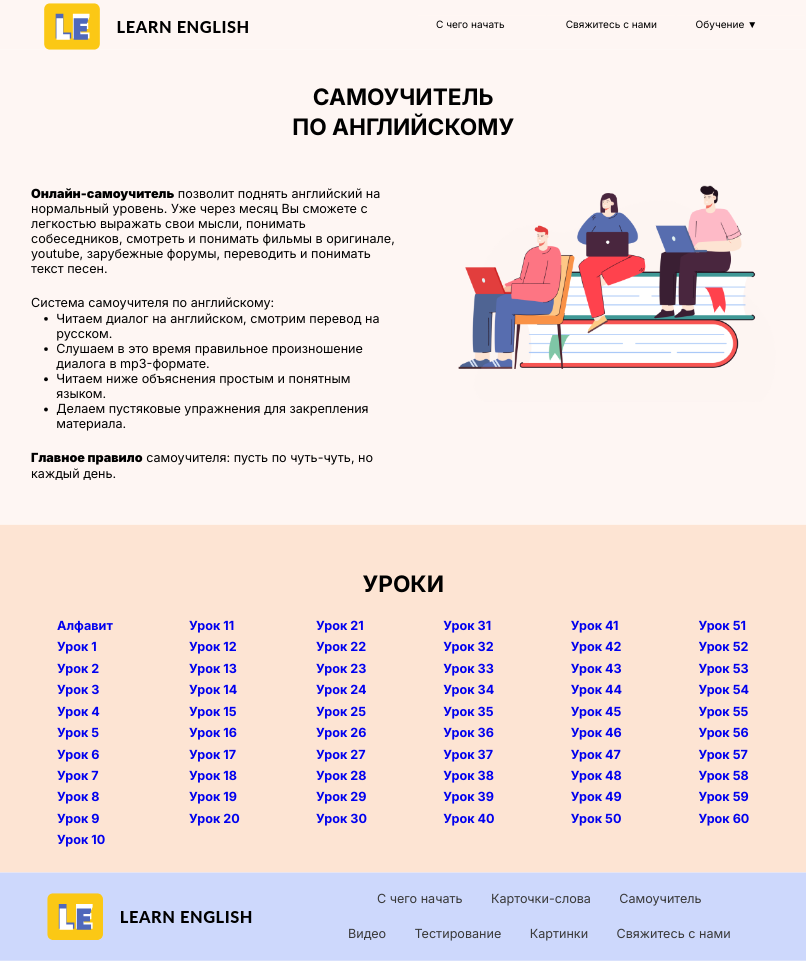
Repository: WladimirVA/Diplom
Page: scool/lesson.html
These files come from the project's save history. The page is drawn as it stood at one moment and after the next save; the edit follows.
The browser window is 1280 px wide. The pictures show the whole page, at 63% of full size.

Above is the page before, as saved 2023-07-19 17:06:59.

### scool/lesson.html
<!DOCTYPE html>
<html lang="en">
<head>
    <meta charset="UTF-8">
    <meta name="viewport" content="width=device-width, initial-scale=1.0">
    <link href="./css/index.css" rel="stylesheet" type="text/css">
    <link href="./css/fonts.css" rel="stylesheet" type="text/css">
    <link rel="stylesheet" href="./css/lesson.css" type="text/css">
    <link rel="icon" sizes="16x16" href="./img/Vector.svg" type="image/x-icon">
    <title>Learn english</title>
</head>
<body>
    <header class="header" di="HOME">
        <div class="section">
            <div class="section-header">
                <div class="logo">
                    <img src="./img/Vector.svg">
                    <p>Learn english</p>
                </div>
                <div>

                    <ul class="ddropdownn">
                        <li class="ddropdownn-top">
                        <a class="ddropdownn-top" href="#">С чего начать</a>
                        </li>
                        <li class="ddropdownn-top">
                            <a class="ddropdownn-top" href="mailto:dyadichenko_va@mail.ru">Свяжитесь с нами</a>
                        </li>
                        <li class="ddropdownn-top">
                        <a class="ddropdownn-top" href="#">Обучение &#9660;</a>
                            <ul class="ddropdownn-inside">
                                <li><a href="/">Карточки-слова</a></li>
                                <li><a href="/">Самоучитель</a></li>
                                <li><a href="/">Видео</a></li>
                                <li><a href="/">Тестирование</a></li>
                                <li><a href="/">Картинки</a></li>
                            </ul>
                        </li>

                    </ul>
                </div>
            </div>
        </div>
    </header>
    <main>
        <section class="TUTORIAL">
            <div class="section">
                <h1 class="tutorial-h1">Самоучитель <br>по английскому</h1>
                <div class="content-tutorial">
                    <div class="tutorial-inf">
                        <p><span  style="font-weight:900"> Онлайн-самоучитель</span> позволит поднять английский на нормальный уровень. Уже через месяц Вы сможете с легкостью выражать свои мысли, понимать собеседников, смотреть и понимать фильмы в оригинале, youtube, зарубежные форумы, переводить и понимать текст песен.</p>
                            <ul><p>Система самоучителя по английскому:</p>
                                <li>Читаем диалог на английском, смотрим перевод на русском.</li>
                                <li>Слушаем в это время правильное произношение диалога в mp3-формате.</li>
                                <li>Читаем ниже объяснения простым и понятным языком.</li>
                                <li>Делаем пустяковые упражнения для закрепления материала.</li>
                            </ul>
                            <p><span  style="font-weight:900"> Главное правило</span> самоучителя: пусть по чуть-чуть, но каждый день.
                        </p>
                    </div>
                    <div class="tutorial-img">
                        <img src="./img/Group 78 1 (1).png" alt="foto">
                    </div>
                </div>
            </div>
        </section>
        <section class="LESSON">
            <div class="section">
                <div class="lesson">
                    <p>уроки</p>
                </div>
                <div class="all-lesson">
                    <ul>
                        <li><a href="#">Алфавит</a></li>
                        <li><a href="#">Урок 1</a></li>
                        <li><a href="#">Урок 2</a></li>
                        <li><a href="#">Урок 3</a></li>
                        <li><a href="#">Урок 4</a></li>
                        <li><a href="#">Урок 5</a></li>
                        <li><a href="#">Урок 6</a></li>
                        <li><a href="#">Урок 7</a></li>
                        <li><a href="#">Урок 8</a></li>
                        <li><a href="#">Урок 9</a></li>
                        <li><a href="#">Урок 10</a></li>
                    </ul>
                    <ul>
                        <li><a href="#">Урок 11</a></li>
                        <li><a href="#">Урок 12</a></li>
                        <li><a href="#">Урок 13</a></li>
                        <li><a href="#">Урок 14</a></li>
                        <li><a href="#">Урок 15</a></li>
                        <li><a href="#">Урок 16</a></li>
                        <li><a href="#">Урок 17</a></li>
                        <li><a href="#">Урок 18</a></li>
                        <li><a href="#">Урок 19</a></li>
                        <li><a href="#">Урок 20</a></li>
                    </ul>
                    <ul>
                        <li><a href="#">Урок 21</a></li>
                        <li><a href="#">Урок 22</a></li>
                        <li><a href="#">Урок 23</a></li>
                        <li><a href="#">Урок 24</a></li>
                        <li><a href="#">Урок 25</a></li>
                        <li><a href="#">Урок 26</a></li>
                        <li><a href="#">Урок 27</a></li>
                        <li><a href="#">Урок 28</a></li>
                        <li><a href="#">Урок 29</a></li>
                        <li><a href="#">Урок 30</a></li>
                    </ul>
                    <ul>
                        <li><a href="#">Урок 31</a></li>
                        <li><a href="#">Урок 32</a></li>
                        <li><a href="#">Урок 33</a></li>
                        <li><a href="#">Урок 34</a></li>
                        <li><a href="#">Урок 35</a></li>
                        <li><a href="#">Урок 36</a></li>
                        <li><a href="#">Урок 37</a></li>
                        <li><a href="#">Урок 38</a></li>
                        <li><a href="#">Урок 39</a></li>
                        <li><a href="#">Урок 40</a></li>
                    </ul>
                    <ul>
                        <li><a href="#">Урок 41</a></li>
                        <li><a href="#">Урок 42</a></li>
                        <li><a href="#">Урок 43</a></li>
                        <li><a href="#">Урок 44</a></li>
                        <li><a href="#">Урок 45</a></li>
                        <li><a href="#">Урок 46</a></li>
                        <li><a href="#">Урок 47</a></li>
                        <li><a href="#">Урок 48</a></li>
                        <li><a href="#">Урок 49</a></li>
                        <li><a href="#">Урок 50</a></li>
                    </ul>
                    <ul>
                        <li><a href="#">Урок 51</a></li>
                        <li><a href="#">Урок 52</a></li>
                        <li><a href="#">Урок 53</a></li>
                        <li><a href="#">Урок 54</a></li>
                        <li><a href="#">Урок 55</a></li>
                        <li><a href="#">Урок 56</a></li>
                        <li><a href="#">Урок 57</a></li>
                        <li><a href="#">Урок 58</a></li>
                        <li><a href="#">Урок 59</a></li>
                        <li><a href="#">Урок 60</a></li>
                    </ul>
                </div>
            </div>
        </section>
    </main>
    <footer class="FOOTER">
        <div class="section">
            <div class="section-footer">
                <div class="logo">
                    <img src="./img/Vector.svg">
                    <p>Learn english</p>
                </div>
                <div class="ddropdownn-footer">
                    <div class="ddropdownn-menu">
                        <ul class="ddropdownn1">
                            <li><a href="#">С чего начать</a></li>
                            <!-- <li><a href="#">Обучение</a></li> -->
                            <li><a href="#">Карточки-слова</a></li>
                            <li><a href="#">Самоучитель</a></li>
                        </ul>
                    </div>
                    <div class="ddropdownn-menu">
                        <ul class="ddropdownn2">
                            <li><a href="#">Видео</a></li>
                            <li><a href="#">Тестирование</a></li>
                            <li><a href="#">Картинки</a></li>
                            <li><a class="link" href="mailto:dyadichenko_va@mail.ru">Свяжитесь с нами</a></li>
                        </ul>
                    </div>
                </div>
            </div>
        </div>
    </footer>
</body>
</html>

### scool/css/index.css
body {
    scroll-behavior: smooth;
    align-items: center;
    width: 100%;
    max-width: 1366px;
    margin: auto;
    font-family: 'Inter', 'Work Sans', "NunitoSans-Light", Arial, Helvetica, sans-serif;
}
* {
    margin: 0;
    padding: 0;
}

.logo {
    display: flex;
    align-items: center;
}

.logo p {
    font-family: Lato;
    font-size: 26px;
    font-weight: 800;
    line-height: 48px;
    letter-spacing: 0.035em;
    text-align: left;
    text-transform: uppercase;
    padding-left: 1em;
}

/* Стили выпадающего списка */
ul.ddropdownn li {/* Считаем координаты относительно исходного места. */
    position: relative; }
ul.ddropdownn, ul.ddropdownn-inside {
    /* Отступы на нуле. */
    padding: 0;
    /* Маркеры уберем. */
    list-style-type: none;
    }
ul.ddropdownn-inside {
    /* Спрячем дочерние элементы выпадающего списка. */
    left: -9999px;
    position: absolute;
    }
ul.ddropdownn li.ddropdownn-top {
    /* Небольшой отступ. */
    margin: 20px 1px 0 0;
    /* Выравнивание по левой стороне. */
    float: left;
    display: inline;
    }
ul.ddropdownn li.ddropdownn-top a {
    /* Делаю элементы блочными. */
    display: block;
    /* Снова отступы. */
    padding: 3px 30px 4px;
    text-decoration: none;
    color: black;
    font-family: Inter;
    width: 145px;
    }
ul.ddropdownn a.ddropdownn-top {/* Цвет фона. */ background: #FEF6F3; } */
ul.ddropdownn a.ddropdownn-top:hover {/* Отступы. */ padding: 13px 20px 4px; }
ul.ddropdownn li.ddropdownn-top:hover .ddropdownn-inside {
    left: 0;
    /* Делаю элементы блочными. */
    display: block;
    }
ul.ddropdownn .ddropdownn-inside {/* Цвет фона. */ background: #FEF6F3; }
ul.ddropdownn .ddropdownn-inside a:hover {/* Цвет фона изменится при наведении. */
    background: #FEF6F3; }


@media screen and (max-width: 745px) {
    .header-nav {
        display: block;
        padding-top: 0px;
    }
}


.section-header {
    display: flex;
    justify-content: space-between;
    background-color: #FEF6F3;
    padding: 5px 0px 0 70px;

}

.BEGINNES {
    background: #FEF6F3;
}

.content-beginners {
    display: flex;
    justify-content: space-between;
}

.beginners-inf {
    padding: 50px 0 0 70px;
}

.beginners-inf h1 {
    font-family: Inter;
    font-size: 44px;
    font-weight: 700;
    line-height: 48px;
    letter-spacing: -0.08em;
    text-align: left;
    text-transform: uppercase;
    letter-spacing: 0.035em;
}

.beginners-img img {
    width: 100%;
    height: auto;
}

.beginners-inf p {
    margin-top: 50px;
}

.content-beginners {
    font-family: Inter;
    font-size: 22px;
    font-weight: 700;
    line-height: 24px;
    letter-spacing: 0em;
    text-align: left;

    font-family: Inter;
    font-size: 22px;
    font-weight: 500;
    line-height: 24px;
    letter-spacing: 0em;
    text-align: left;

    font-family: Inter;
    font-size: 20px;
    font-weight: 500;
    line-height: 24px;
    letter-spacing: 0em;
    text-align: left;
}

.home_ul {
    list-style-type: none;
    padding: 20px 0 20px 0;
}

.check {
    margin-left: 15px;
}

.button_home {
    font-family: Inter;
    font-size: 20px;
    font-weight: 700;
    line-height: 24px;
    letter-spacing: 0em;
    text-align: center;
    background:#FBC815;
    border-style: none;
    border-radius: 25px;
    width: 257px;
    height: 56px;
}

.LEARNING {
    background: #FDE4D3;
}

.learning {
    display: flex;
    justify-content: space-evenly;
}

.img-learning img {
    width: 100%;
    height: auto;
}

.content-learning h1 {
    text-align: center;
    text-transform: uppercase;
    font-family: Inter;
    font-size: 36px;
    font-weight: 700;
    line-height: 48px;
    letter-spacing: 0em;
    text-align: center;
    padding-top: 65px;

}

.popular {
    margin-left: 20px;
}

.learning-text {
    max-width: 550px;
    margin-top: 50px;
}

.learning-text p {
    font-family: Inter;
    font-size: 20px;
    font-weight: 500;
    line-height: 24px;
    letter-spacing: 0em;
    text-align: left;
}

.learning-text-img {
    margin-top: 60px;
}

.learning-text-img p {
    margin: -38px 0 0 20px;
}

.INFORMATION {
    background: #4F68BB;
    height: 1275px;
}

.information-text {
    text-align: center;
    color: #FFFFFF;
    /* max-width: 932px; */
}


.content-information h1 {
    font-family: Inter;
    font-size: 36px;
    font-weight: 700;
    line-height: 48px;
    letter-spacing: 0em;
    text-align: center;
    text-transform: uppercase;
    padding: 60px 0 50px 0;
}

.content-information p {
    font-family: Inter;
    font-size: 24px;
    font-weight: 700;
    line-height: 32px;
    letter-spacing: 0em;
    text-align: center;
}


.information1 {
    color: #FFFFFF;
    height: 400px;
    text-align: center;
    display: flex;
    justify-content: space-around;
    margin: 60px 0 0 0;
}

.information1 p {
    max-width: 270px;
}

.information1 h3 {
    padding: 65px 0 50px 0;
}

.information2 {
    color: #FFFFFF;
    height: 400px;
    text-align: center;
    margin: 60px 0 0 0;
    display: flex;
    justify-content: space-evenly;
}

.information2 p {
    max-width: 270px;
}
.information2 h3 {
    padding: 65px 0 50px 0;
}

.buttton-inf1 {
    margin-top: 39px;
}
.buttton-inf2 {
    margin-top: 95px;
}
.buttton-inf3 {
    margin-top: 55px;
}
.buttton-inf4 {
    padding-top: 63px;
}
.buttton-inf5 {
    padding-top: 25px;
}

.TRANING {
    background:rgba(251, 205, 166, 1);
    height: 345px;
}

.training {
    display: flex;
    align-items: center;
    justify-content: space-evenly;
}

.training-inf {
    display: block;
    text-align: center;
}

.training-inf p {
    font-family: Inter;
    font-size: 36px;
    font-weight: 700;
    line-height: 48px;
    letter-spacing: 0em;
    text-align: center;
}

.buttton-training1 {
    padding-top: 45px;
}

.buttton-training {
    color: #FFFFFF;
    font-family: Inter;
    font-size: 20px;
    font-weight: 700;
    line-height: 24px;
    letter-spacing: 0em;
    text-align: center;
   background: rgba(240, 63, 90, 1);
}

.training-img {
    margin-top: -60px;
}

.FOOTER {
    background:rgba(205, 216, 252, 1);
    height: 140px;
    align-items: center;
    display: grid;
    justify-items: stretch;
}

.section-footer {
    display: flex;
    justify-content: space-around
}

.ddropdownn-footer {
    display: flex;
    flex-direction: column;
    align-items: center;
}

.ddropdownn-menu {
    display: flex;
}

.ddropdownn1, .ddropdownn2 {
    display: flex;
    font-family: Inter;
    font-size: 20px;
    font-weight: 400;
    line-height: 16px;
    letter-spacing: 0em;
    text-align: left;
    list-style-type:none;

}

.ddropdownn2 {
    margin: 40px 0 0 0;
}

.ddropdownn-footer li{
    padding: 0 45px 0 0;
}

.ddropdownn-footer a {
    text-decoration: none;
    color: rgba(57, 57, 57, 1);
    ;
}

### scool/css/fonts.css
/* @import url('https://fonts.googleapis.com/css2?family=Work+Sans:ital,wght@0,600;0,800;1,800&display=swap'); */


/* @import url('https://fonts.googleapis.com/css2?family=Inter:wght@400;500;600;700;800&family=Work+Sans:ital,wght@0,600;0,800;1,800&display=swap'); */


@import url('https://fonts.googleapis.com/css2?family=Inter:wght@100;200;300;400;500;600;700;800;900&display=swap');

@import url('https://fonts.googleapis.com/css2?family=Inter:wght@100;200;300;400;500;600;700;800;900&family=Work+Sans:ital,wght@0,100;0,200;0,300;0,400;0,500;0,600;0,700;0,800;0,900;1,100;1,200;1,300;1,400;1,500;1,600;1,700;1,800;1,900&display=swap');

### scool/css/lesson.css
.TUTORIAL {
    background: rgba(254, 246, 243, 1);
    padding-top: 50px;
}

.content-tutorial {
    display: flex;
    justify-content: space-around;
    padding: 70px 0 70px 0;
}

.tutorial-h1 {
    text-align: center;
    font-family: Inter;
    font-size: 36px;
    font-weight: 700;
    line-height: 48px;
    letter-spacing: 0em;
    text-align: center;
    text-transform: uppercase;
}

.tutorial-inf {
    max-width: 580px;
}

.tutorial-inf p {
    font-family: Inter;
    font-size: 20px;
    font-weight: 400;
    line-height: 24px;
    letter-spacing: 0em;
    text-align: left;
    color: rgba(0, 0, 0, 1);
}

.tutorial-inf li {
    margin-left: 15px;
    font-family: Inter;
    font-size: 20px;
    font-weight: 400;
    line-height: 24px;
    letter-spacing: 0em;
    text-align: left;
    margin-left: 40px;
}

.tutorial-inf ul {
    padding: 30px 0 30px 0px;
}

.tutorial-img img {
    width: 100%;
    height: auto;
}

.LESSON {
    background: rgba(253, 228, 211, 1);
}

.lesson {
    text-align: center;
    padding-top: 70px;
}

.lesson p {
    font-family: Inter;
    font-size: 36px;
    font-weight: 700;
    line-height: 48px;
    letter-spacing: 0em;
    text-align: center;
    text-transform: uppercase;
}

.all-lesson {
    display: flex;
    justify-content: space-around;
    font-family: Inter;
    font-size: 20px;
    font-weight: 700;
    line-height: 24px;
    letter-spacing: 0em;
    text-align: left;
    padding: 30px;
}

.all-lesson ul {
    list-style-type:none;
}
.all-lesson li {
    padding: 0 0 10px 0;
}
.all-lesson a {
     text-decoration: none;
}

After the next save:
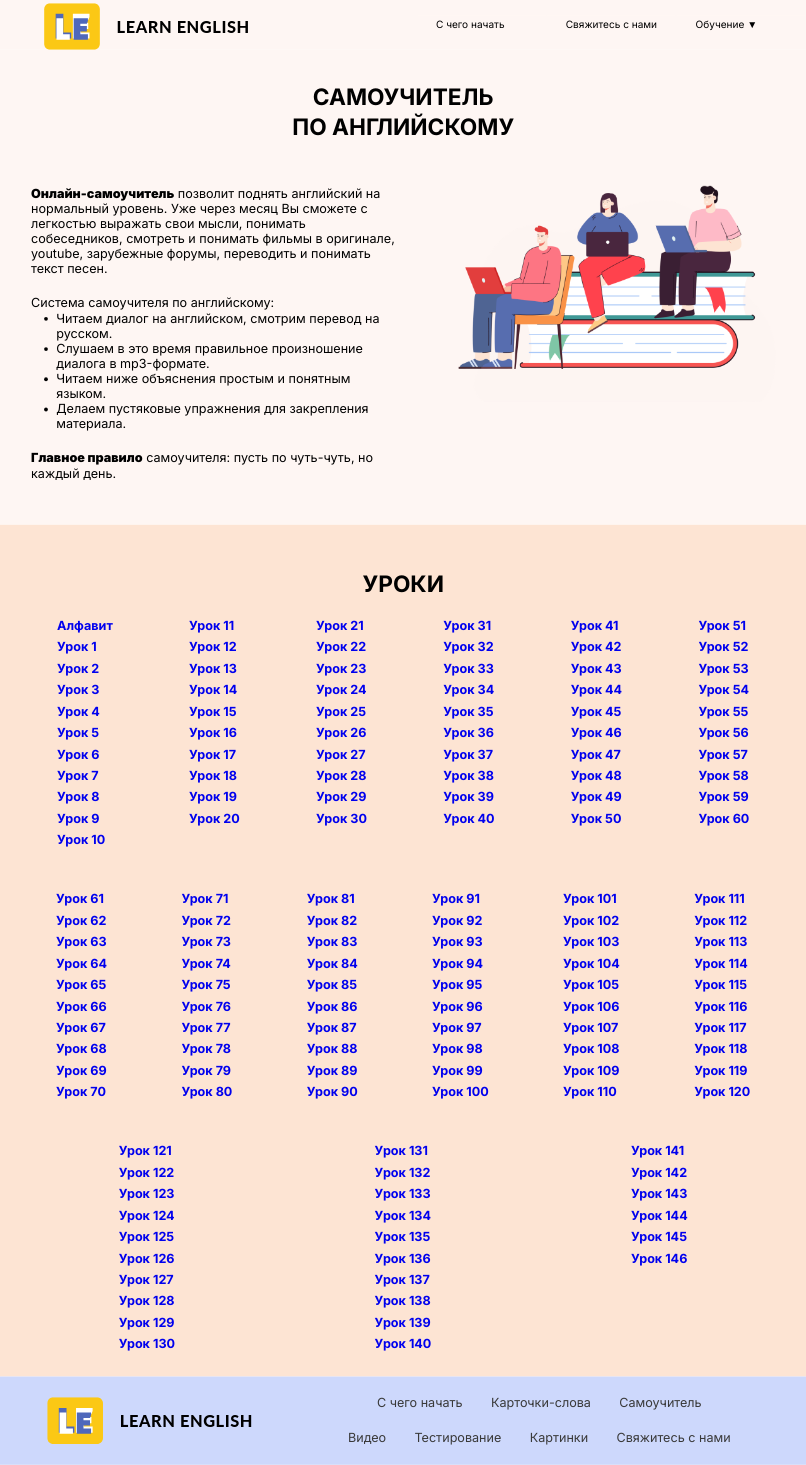
Saved 5 min 38 s later.
--- a/scool/lesson.html
+++ b/scool/lesson.html
@@ -144,6 +144,114 @@
                         <li><a href="#">Урок 60</a></li>
                     </ul>
                 </div>
+                <div class="all-lesson">
+                    <ul>
+                        <li><a href="#">Урок 61</a></li>
+                        <li><a href="#">Урок 62</a></li>
+                        <li><a href="#">Урок 63</a></li>
+                        <li><a href="#">Урок 64</a></li>
+                        <li><a href="#">Урок 65</a></li>
+                        <li><a href="#">Урок 66</a></li>
+                        <li><a href="#">Урок 67</a></li>
+                        <li><a href="#">Урок 68</a></li>
+                        <li><a href="#">Урок 69</a></li>
+                        <li><a href="#">Урок 70</a></li>
+                    </ul>
+                    <ul>
+                        <li><a href="#">Урок 71</a></li>
+                        <li><a href="#">Урок 72</a></li>
+                        <li><a href="#">Урок 73</a></li>
+                        <li><a href="#">Урок 74</a></li>
+                        <li><a href="#">Урок 75</a></li>
+                        <li><a href="#">Урок 76</a></li>
+                        <li><a href="#">Урок 77</a></li>
+                        <li><a href="#">Урок 78</a></li>
+                        <li><a href="#">Урок 79</a></li>
+                        <li><a href="#">Урок 80</a></li>
+                    </ul>
+                    <ul>
+                        <li><a href="#">Урок 81</a></li>
+                        <li><a href="#">Урок 82</a></li>
+                        <li><a href="#">Урок 83</a></li>
+                        <li><a href="#">Урок 84</a></li>
+                        <li><a href="#">Урок 85</a></li>
+                        <li><a href="#">Урок 86</a></li>
+                        <li><a href="#">Урок 87</a></li>
+                        <li><a href="#">Урок 88</a></li>
+                        <li><a href="#">Урок 89</a></li>
+                        <li><a href="#">Урок 90</a></li>
+                    </ul>
+                    <ul>
+                        <li><a href="#">Урок 91</a></li>
+                        <li><a href="#">Урок 92</a></li>
+                        <li><a href="#">Урок 93</a></li>
+                        <li><a href="#">Урок 94</a></li>
+                        <li><a href="#">Урок 95</a></li>
+                        <li><a href="#">Урок 96</a></li>
+                        <li><a href="#">Урок 97</a></li>
+                        <li><a href="#">Урок 98</a></li>
+                        <li><a href="#">Урок 99</a></li>
+                        <li><a href="#">Урок 100</a></li>
+                    </ul>
+                    <ul>
+                        <li><a href="#">Урок 101</a></li>
+                        <li><a href="#">Урок 102</a></li>
+                        <li><a href="#">Урок 103</a></li>
+                        <li><a href="#">Урок 104</a></li>
+                        <li><a href="#">Урок 105</a></li>
+                        <li><a href="#">Урок 106</a></li>
+                        <li><a href="#">Урок 107</a></li>
+                        <li><a href="#">Урок 108</a></li>
+                        <li><a href="#">Урок 109</a></li>
+                        <li><a href="#">Урок 110</a></li>
+                    </ul>
+                    <ul>
+                        <li><a href="#">Урок 111</a></li>
+                        <li><a href="#">Урок 112</a></li>
+                        <li><a href="#">Урок 113</a></li>
+                        <li><a href="#">Урок 114</a></li>
+                        <li><a href="#">Урок 115</a></li>
+                        <li><a href="#">Урок 116</a></li>
+                        <li><a href="#">Урок 117</a></li>
+                        <li><a href="#">Урок 118</a></li>
+                        <li><a href="#">Урок 119</a></li>
+                        <li><a href="#">Урок 120</a></li>
+                    </ul>
+                </div>
+                <div class="all-lesson">
+                    <ul>
+                        <li><a href="#">Урок 121</a></li>
+                        <li><a href="#">Урок 122</a></li>
+                        <li><a href="#">Урок 123</a></li>
+                        <li><a href="#">Урок 124</a></li>
+                        <li><a href="#">Урок 125</a></li>
+                        <li><a href="#">Урок 126</a></li>
+                        <li><a href="#">Урок 127</a></li>
+                        <li><a href="#">Урок 128</a></li>
+                        <li><a href="#">Урок 129</a></li>
+                        <li><a href="#">Урок 130</a></li>
+                    </ul>
+                    <ul>
+                        <li><a href="#">Урок 131</a></li>
+                        <li><a href="#">Урок 132</a></li>
+                        <li><a href="#">Урок 133</a></li>
+                        <li><a href="#">Урок 134</a></li>
+                        <li><a href="#">Урок 135</a></li>
+                        <li><a href="#">Урок 136</a></li>
+                        <li><a href="#">Урок 137</a></li>
+                        <li><a href="#">Урок 138</a></li>
+                        <li><a href="#">Урок 139</a></li>
+                        <li><a href="#">Урок 140</a></li>
+                    </ul>
+                    <ul>
+                        <li><a href="#">Урок 141</a></li>
+                        <li><a href="#">Урок 142</a></li>
+                        <li><a href="#">Урок 143</a></li>
+                        <li><a href="#">Урок 144</a></li>
+                        <li><a href="#">Урок 145</a></li>
+                        <li><a href="#">Урок 146</a></li>
+                    </ul>
+                </div>
             </div>
         </section>
     </main>
